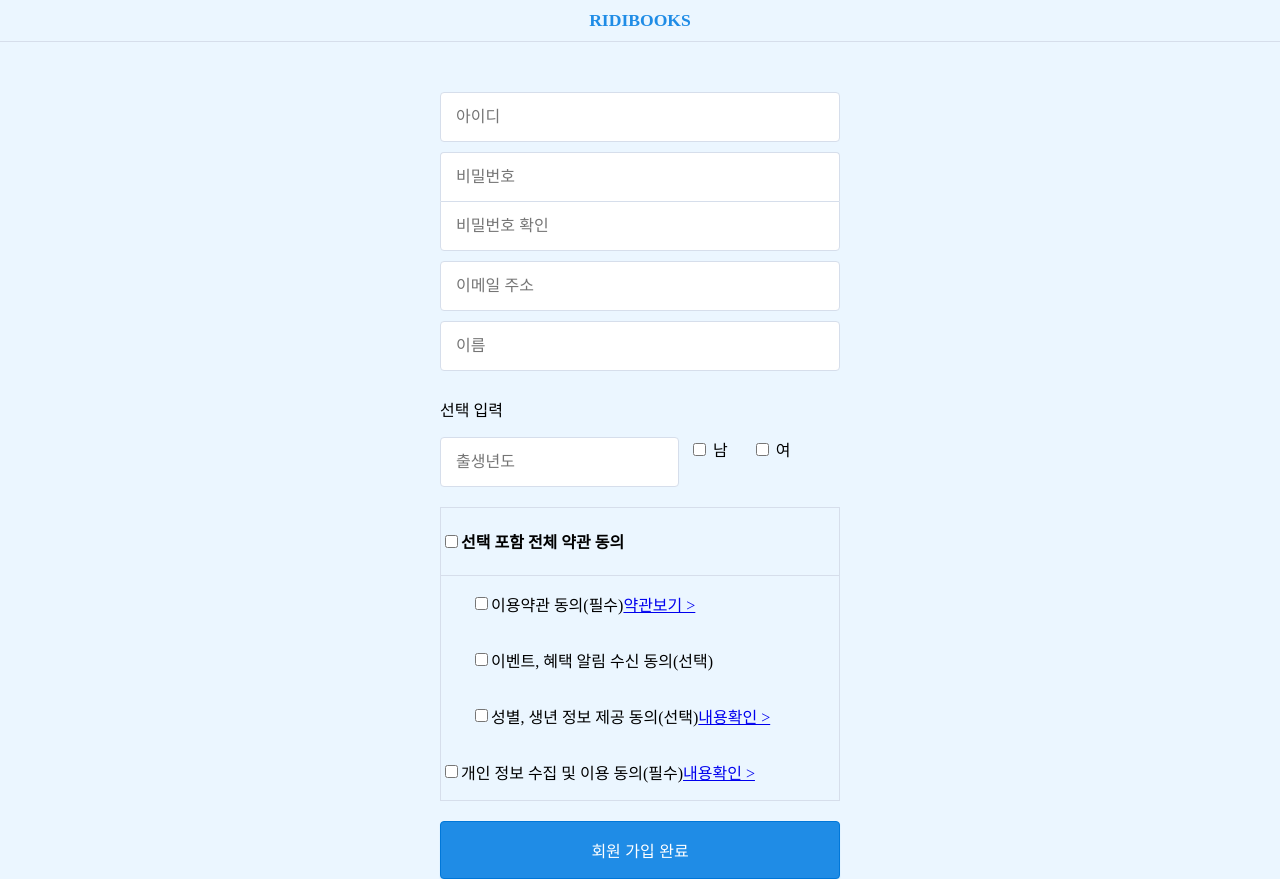
Repository: mega-teamproject/teamproject1
Page: html/join2.html
An editor plug-in stored every save of this project. The page is shown before and after the next save, followed by the edit.
The browser window is 1280 px wide. The pictures show the whole page.

Above is the page before, as saved 2021-12-28 03:08:11.

### html/join2.html
<!DOCTYPE html>
<html lang="ko">
  <head>
    <meta charset="UTF-8" />
    <meta http-equiv="X-UA-Compatible" content="IE=edge" />
    <meta name="viewport" content="width=device-width, initial-scale=1.0" />
    <title>insert page title</title>
    <link rel="stylesheet" href="../css/join2.css" />
  </head>
  <body>
    <div class="container">
      <header>
        <h3>
          <a href="index.html">RIDIBOOKS</a>
        </h3>
      </header>
      <form action="">
        <input type="text" class="mt-b" placeholder="아이디" />
        <input type="password" name="pwd" id="pwd" placeholder="비밀번호" />
        <input
          type="password"
          name="pwdCheck"
          id="pwdCheck"
          placeholder="비밀번호 확인"
          class="mt-b"
        />
        <input
          type="email"
          name="mail"
          id="mail"
          class="mt-b"
          placeholder="이메일 주소"
        />
        <input
          type="text"
          name="name"
          id="name"
          class="mt-b"
          placeholder="이름"
        />
        <div class="mt-b">
          <p id="label">선택 입력</p>
          <div class="birth-gender">
            <div class="birth">
              <input type="text" placeholder="출생년도" />
            </div>
            <div class="gender">
              <label for="gender">
                <input type="checkbox" name="gender" value="남" />
                <span>남</span>
              </label>
              <label for="gender">
                <input type="checkbox" name="gender" value="여" />
                <span>여</span>
              </label>
            </div>
          </div>
        </div>
        <div class="terms">
          <div class="allAgree agree">
            <input type="checkbox" name="all" id="all" />
            <h4>선택 포함 전체 약관 동의</h4>
          </div>
          <div class="termAgree agree m-l space">
            <input type="checkbox" name="term" id="term" />
            <p>이용약관 동의(필수)</p>
            <a href="#">약관보기 ></a>
          </div>
          <div class="alarmAgree agree m-l">
            <input type="checkbox" name="alarm" id="alarm" />
            <p>이벤트, 혜택 알림 수신 동의(선택)</p>
          </div>
          <div class="infoAgree agree m-l space">
            <input type="checkbox" name="info" id="info" />
            <p>성별, 생년 정보 제공 동의(선택)</p>
            <a href="#">내용확인 ></a>
          </div>
          <div class="personalAgree agree space">
            <input type="checkbox" name="personalInfo" id="personalInfo" />
            <p>개인 정보 수집 및 이용 동의(필수)</p>
            <a href="#">내용확인 ></a>
          </div>
        </div>
        <div class="complete">
          <button
            class="submit-login"
            type="button"
            onclick="location.href='join2.html'"
          >
            회원 가입 완료
          </button>
        </div>
      </form>
    </div>
  </body>
</html>

### css/join2.css
* {
  box-sizing: border-box;
}

body {
  margin: 0;
  background-color: #ebf6ff;
}

header {
  margin-bottom: 50px;
}

h3 {
  border-bottom: 1px solid #d6deeb;
  text-align: center;
  margin: 0;
  padding: 10px 0;
  font-size: 1.1rem;
  font-weight: bolder;
}

h3 a {
  text-decoration: none;
  color: #1f8ce6;
  font-weight: bold;
}
form {
  display: flex;
  flex-flow: column;
  width: 400px;
  margin: 0 auto;
}

form input {
  padding: 15px;
  border: 1px solid #d6deeb;
  border-radius: 4px;
  font-size: 1em;
}

input.mt-b {
  margin-bottom: 10px;
}

input#pwd {
  border-bottom: none;
  border-radius: 4px 4px 0 0;
}

input#pwdCheck {
  border-radius: 0 0 4px 4px;
}

.birth-gender {
  display: flex;
}

.birth-gender label {
  padding: 10px;
}

.terms {
  border: 1px solid #d6deeb;
  margin-top: 20px;
  display: flex;
  flex-flow: column;
}
.allAgree {
  border-bottom: 1px solid #d6deeb;
}

.terms .agree {
  display: flex;
  align-items: center;
}

.terms .m-l {
  margin-left: 30px;
}

button.submit-login {
  width: 100%;
  padding: 16px 14px;
  margin: 20px 0;
  margin-bottom: 0;
  cursor: pointer;
  background-color: #1f8ce6;
  border: 1px solid #0077d9;
  border-radius: 4px;
  color: white;
  font-size: 1rem;
  font-weight: 570;
  box-shadow: 0 1px 1px 0 rgb(31 140 230 / 30%);
}

After the next save:
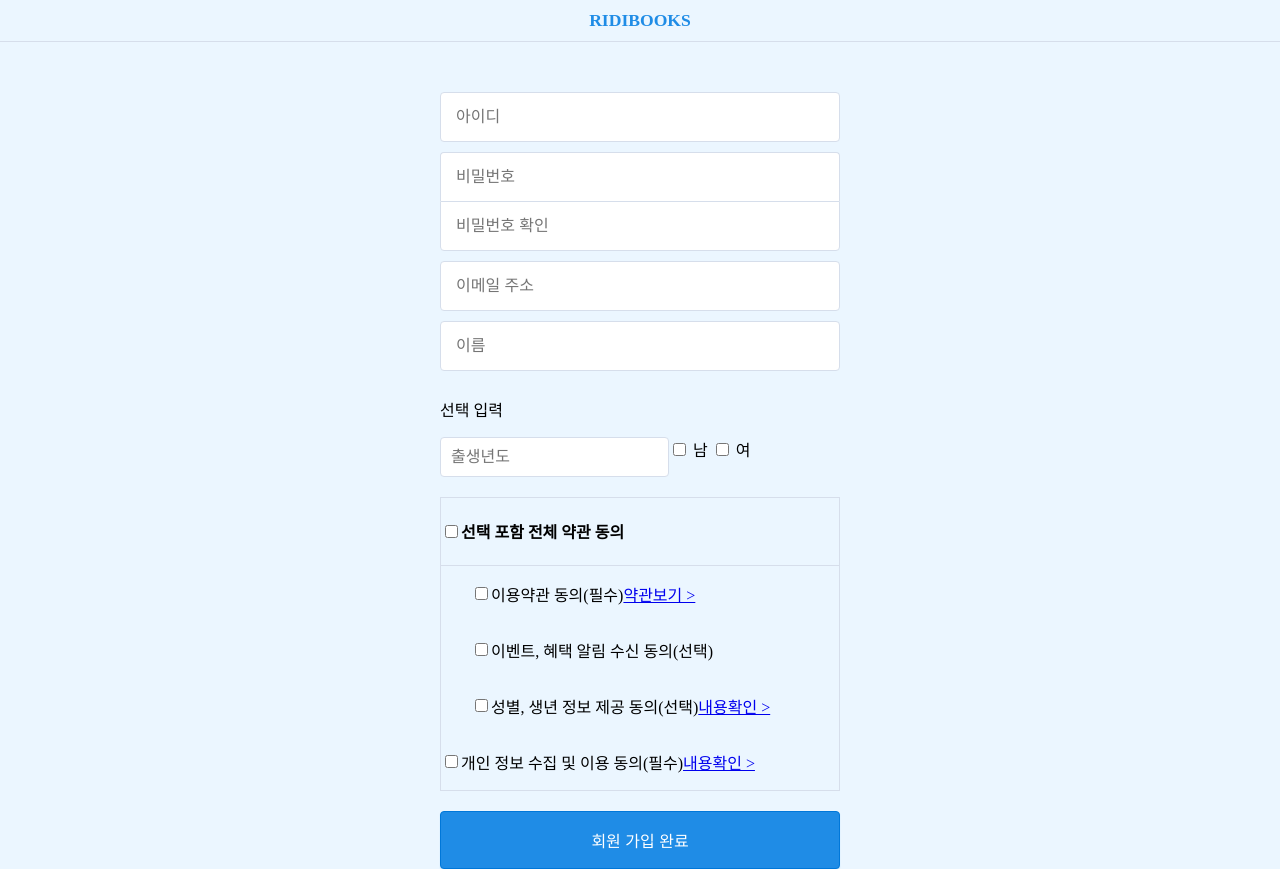
Saved 24 s later.
--- a/css/join2.css
+++ b/css/join2.css
@@ -56,7 +56,7 @@
   display: flex;
 }
 
-.birth-gender label {
+.birth-gender input {
   padding: 10px;
 }
 
